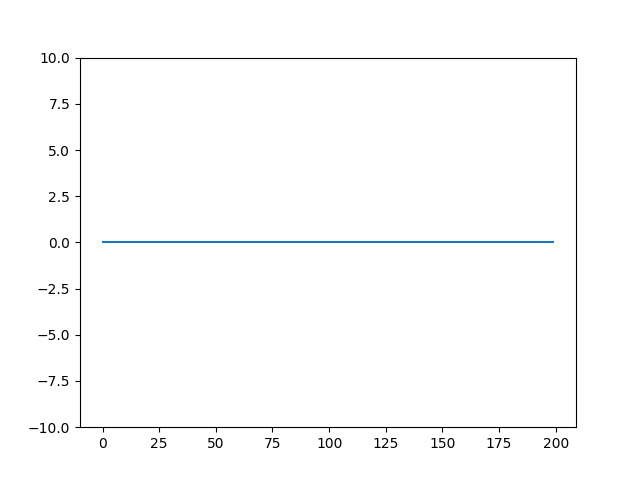
Repository: khulqu15/drone_smc_copppelia
Script's output: python py/realtime.py
These files come from the project's save history. The script's output is drawn as it stood at one moment and after the next save; the edit follows.
Animations are shown at an early frame. Random numbers start from a fixed seed.

Above is the script's output before, as saved 2024-06-24 00:12:29.

### py/realtime.py
import numpy as np
import matplotlib.pyplot as plt
from matplotlib.animation import FuncAnimation

# Parameters
x_len = 200         # Number of points to display
y_range = [-10, 10]  # Range of possible Y values to display

# Create figure for plotting
fig, ax = plt.subplots()
xs = np.arange(0, x_len)
ys = np.zeros(x_len)
line, = ax.plot(xs, ys)

# Adjust the plot
ax.set_ylim(y_range)

# This function is called periodically from FuncAnimation
def animate(i, ys):
    # Add y-value to list
    ys = np.roll(ys, -1)
    ys[-1] = 10 * np.sin(np.radians(i))

    # Update line with new Y values
    line.set_ydata(ys)
    return line,

# Set up plot to call animate() function periodically
ani = FuncAnimation(fig, animate, fargs=(ys,), interval=50, blit=True)
plt.show()

After the next save:
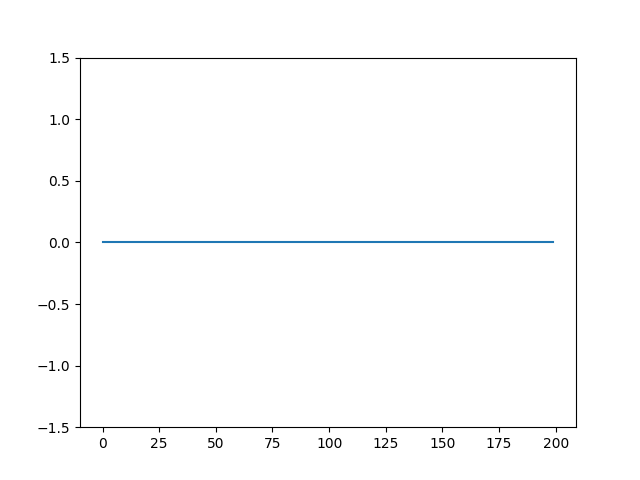
Saved 49 s later.
--- a/py/realtime.py
+++ b/py/realtime.py
@@ -4,27 +4,28 @@ from matplotlib.animation import FuncAnimation
 
 # Parameters
 x_len = 200         # Number of points to display
-y_range = [-10, 10]  # Range of possible Y values to display
+y_range = [-1.5, 1.5]  # Range of possible Y values to display
 
 # Create figure for plotting
 fig, ax = plt.subplots()
-xs = np.arange(0, x_len)
-ys = np.zeros(x_len)
+xs = list(range(0, x_len))
+ys = [0] * x_len
+ax.set_ylim(y_range)
+
+# Create a line that we will update
 line, = ax.plot(xs, ys)
 
-# Adjust the plot
-ax.set_ylim(y_range)
+# Function to update the data
+def update(frame):
+    # Shift y data left
+    ys[:-1] = ys[1:]
+    # Add a new value
+    ys[-1] = np.sin(frame * np.pi / 15)
 
-# This function is called periodically from FuncAnimation
-def animate(i, ys):
-    # Add y-value to list
-    ys = np.roll(ys, -1)
-    ys[-1] = 10 * np.sin(np.radians(i))
-
-    # Update line with new Y values
+    # Update the line
     line.set_ydata(ys)
     return line,
 
-# Set up plot to call animate() function periodically
-ani = FuncAnimation(fig, animate, fargs=(ys,), interval=50, blit=True)
+# Set up plot to call update() function periodically
+ani = FuncAnimation(fig, update, frames=np.arange(0, 400, 1), interval=50, blit=True)
 plt.show()
